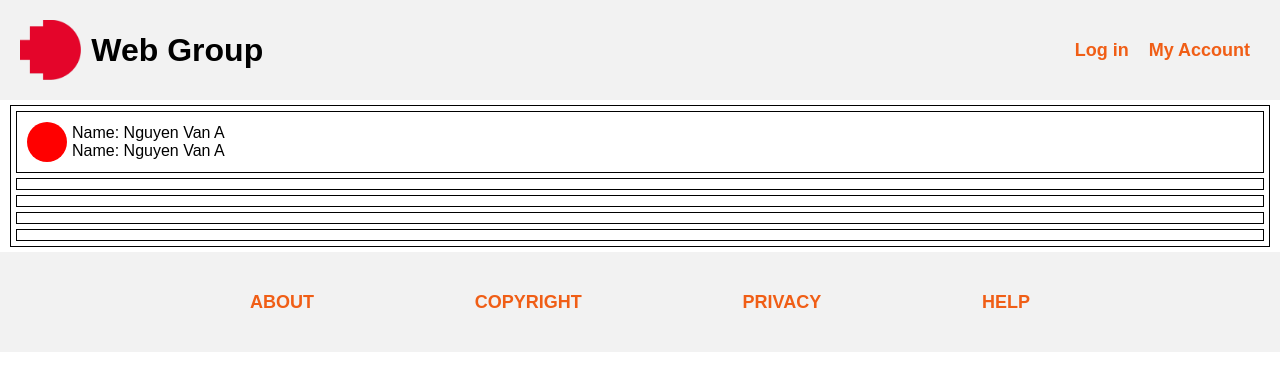
Repository: quynguyn/shoopingweb
Page: shipper.html
These files come from the project's save history. The page is drawn as it stood at one moment and after the next save; the edit follows.
The browser window is 1280 px wide. The pictures show the whole page.

Above is the page before, as saved 2023-05-04 15:07:51.

### shipper.html
<!DOCTYPE html>
<html lang="en">

<head>
	<meta charset="UTF-8">
	<meta http-equiv="X-UA-Compatible" content="IE=edge">
	<meta name="viewport" content="width=device-width, initial-scale=1.0">
	<title>Shipper</title>
	<link rel="stylesheet" href="Asset/CSS/style.css">
	<link rel="stylesheet" href="Asset/CSS/shipper.css">
</head>

<body>
	<!-- Header of the page -->
	<header>
		<div class="logo">
			<img src="logo.png" alt="Web Group Logo">
			<h1>Web Group</h1>
		</div>
		<nav>
			<ul>
				<li><a href="#">Log in</a></li>
				<li><a href="#">My Account</a></li>
			</ul>
		</nav>
	</header>
	<div class="main-container">
		<div class="orders-container">
			<div class="order">
				<div class="activity">
					<svg height="50" width="50">
						<circle cx="25" cy="25" r="20" fill="red" />
					</svg>
				</div>

				<div class="information-container">
					<div class="information">
						<pre>Name: </pre>
						<p class="name">Nguyen Van A</p>
					</div>

					<div class="information">
						<pre>Name: </pre>
						<p class="name">Nguyen Van A</p>
					</div>
				</div>
			</div>
			<div class="order">

			</div>
			<div class="order">

			</div>
			<div class="order">

			</div>
			<div class="order">

			</div>
		</div>
	</div>
	<!-- Footer of the page -->
	<footer>
		<div class="footer-links">
			<a href="#">About</a>
			<a href="#">Copyright</a>
			<a href="#">Privacy</a>
			<a href="#">Help</a>
		</div>
	</footer>

</body>

</html>

### Asset/CSS/style.css
/* Reset CSS */
:root {
    --main-color: #F58216;
    --primary-color: #ffb347;
    --secondary-color: #f05e16;
    --white-color: #f2f2f2;
    /* change the name */
}

/* Reset CSS  */
* {
    padding: 0;
    margin: 0;
    box-sizing: border-box;
    text-decoration: none;
    font-family: Arial, Helvetica, sans-serif;
}

/* Header CSS */
header {
    height: 100px;
    background-color:var(--white-color);
    display: flex;
    justify-content: space-between;
    align-items: center;
    padding: 0 20px;
  }

  .logo {
    display: flex;
    align-items: center;
  }

  .logo img {
    height: 60px;
    margin-right: 10px;
  }

  nav ul {
    display: flex;
    list-style: none;
    margin: 0;
    padding: 0;


  }

  nav ul li {
    margin: 0 10px;
  }

  nav ul li a {
    text-decoration: none;
    font-size: 18px;
    font-weight: bold;
    color: var(--secondary-color);
  }

  /* Footer css */
  footer {
    height: 100px;
    background-color: var(--white-color);
    display: flex;
    justify-content: center;
    align-items: center;
    color: var(--white-color);
  }

  footer div {
    display: flex;
    justify-content: space-between;
    width: 80%;
    max-width: 800px;
  }

  footer div a {
    color: var(--secondary-color);
    text-decoration: none;
    margin: 0 10px;
    text-transform: uppercase;
    font-weight: bold;
    font-size: large;
  }

### Asset/CSS/shipper.css
.main-container {
	margin: 5px;
}

.orders-container {
	margin: 5px;
	border: 1px solid black;
}

.order {
	margin: 5px;
	border: 1px solid black;
	padding: 5px;
	display: flex;
	flex-direction: row;
	align-items: center;
}

.activity {
	width: 50px;
	height: 50px;
}

.information {
	display: flex;
	flex-direction: row;
	align-items: center;
}

After the next save:
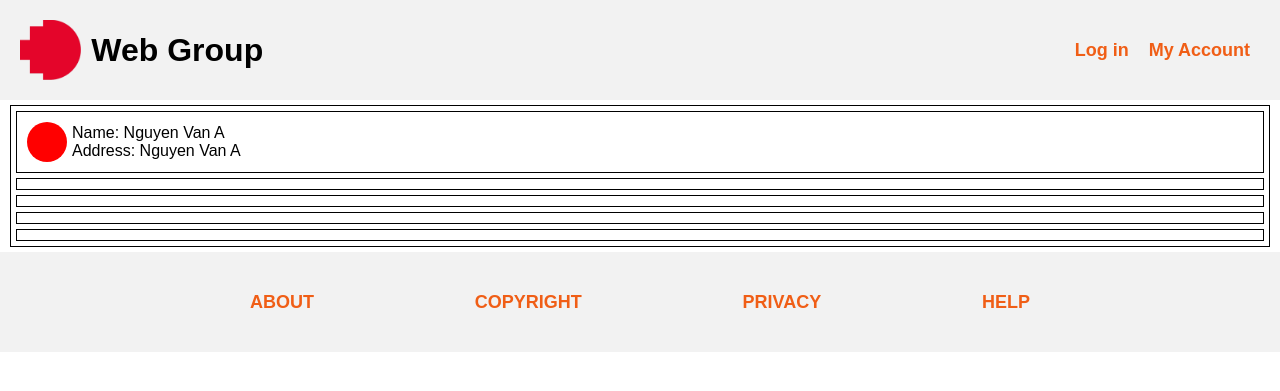
Saved 4 s later.
--- a/shipper.html
+++ b/shipper.html
@@ -40,7 +40,7 @@
 					</div>
 
 					<div class="information">
-						<pre>Name: </pre>
+						<pre>Address: </pre>
 						<p class="name">Nguyen Van A</p>
 					</div>
 				</div>
